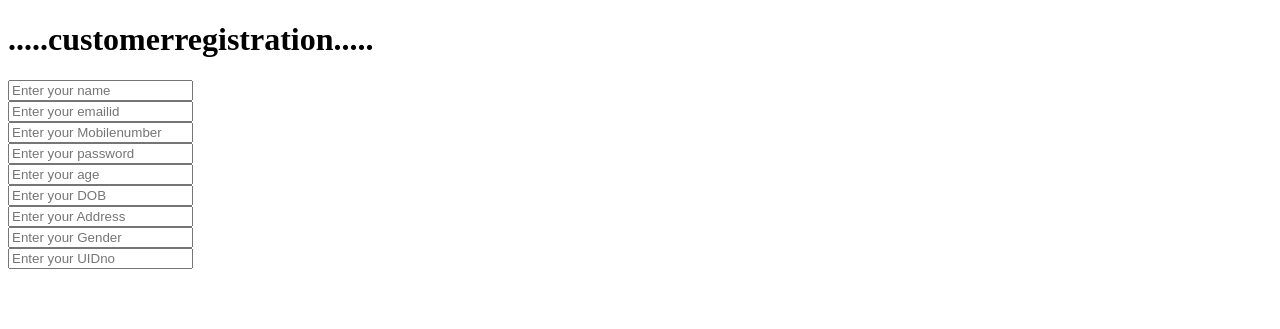
Repository: vinay14121997/test
Page: http://localhost/HotelManagementSystemByUsingSpringWebMVCWithClassConfig/CoustomerRegistration.jsp
These files come from the project's save history. The page is drawn as it stood at one moment and after the next save; the edit follows.
The browser window is 1280 px wide. The pictures show the whole page.
The page is served by Tomcat 9. Other server files are loaded and not shown.

Above is the page before, as saved 2024-09-20 11:18:08.

### HotelManagementSystemByUsingSpringWebMVCWithClassConfig/src/main/webapp/CoustomerRegistration.jsp
<%@ page language="java" contentType="text/html; charset=ISO-8859-1"
    pageEncoding="ISO-8859-1"%>
<!DOCTYPE html>
<html>
<head>
<meta charset="ISO-8859-1">
<title>Insert title here</title>
</head>
<body>
<form action="customerregistration">
<h1>.....customerregistration.....</h1>
<input placeholder="Enter your name">
<br>
<input placeholder="Enter your emailid">
<br>
<input placeholder="Enter your Mobilenumber">
<br>
<input placeholder="Enter your password">
<br>
<input placeholder="Enter your age">
<br>
<input placeholder="Enter your DOB">
<br>
<input placeholder="Enter your Address">
<br>
<input placeholder="Enter your Gender">
<br>
<input placeholder="Enter your UIDno">


</form>

</body>
</html>

After the next save:
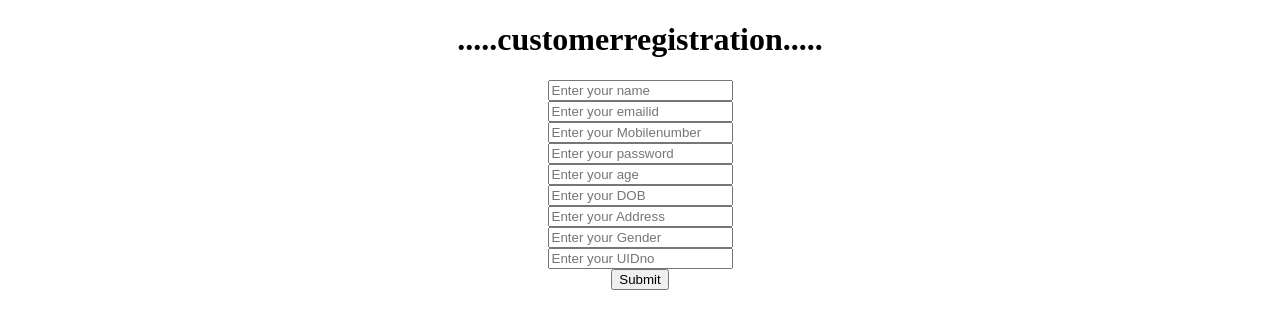
Saved 56 s later.
--- a/HotelManagementSystemByUsingSpringWebMVCWithClassConfig/src/main/webapp/CoustomerRegistration.jsp
+++ b/HotelManagementSystemByUsingSpringWebMVCWithClassConfig/src/main/webapp/CoustomerRegistration.jsp
@@ -7,6 +7,7 @@
 <title>Insert title here</title>
 </head>
 <body>
+<center>
 <form action="customerregistration">
 <h1>.....customerregistration.....</h1>
 <input placeholder="Enter your name">
@@ -26,9 +27,9 @@
 <input placeholder="Enter your Gender">
 <br>
 <input placeholder="Enter your UIDno">
-
-
+<br>
+<input type="submit">
 </form>
-
+</center>
 </body>
 </html>
